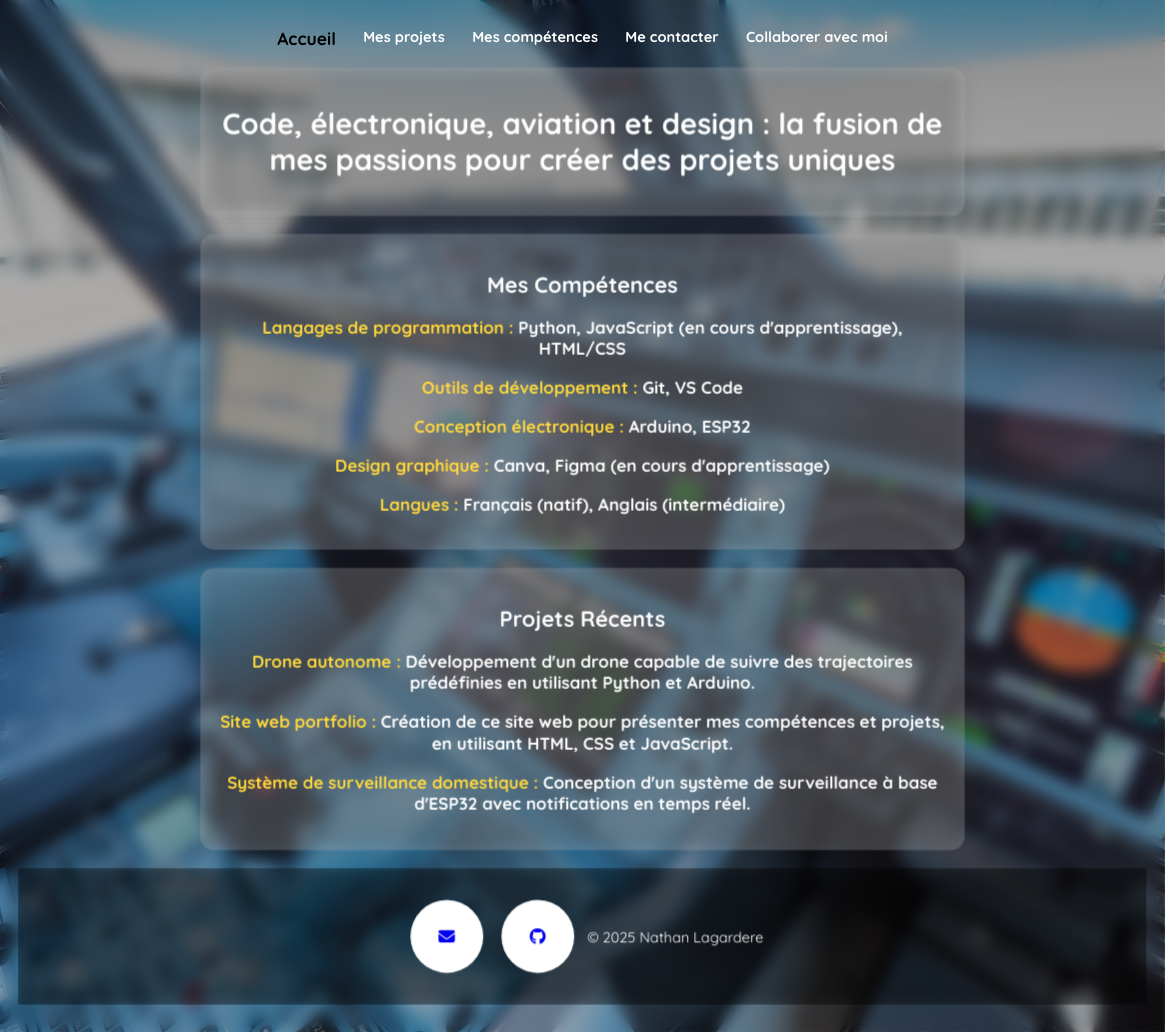
Repository: nlagardere/myportfolio
Page: index - Copie.html
An editor plug-in stored every save of this project. The page is shown before and after a run of saves, followed by the edit.
The browser window is 1280 px wide. The pictures show the whole page, at 91% of full size.

Above is the page before, as saved 2025-09-06 10:32:34.

After the next 5 saves:
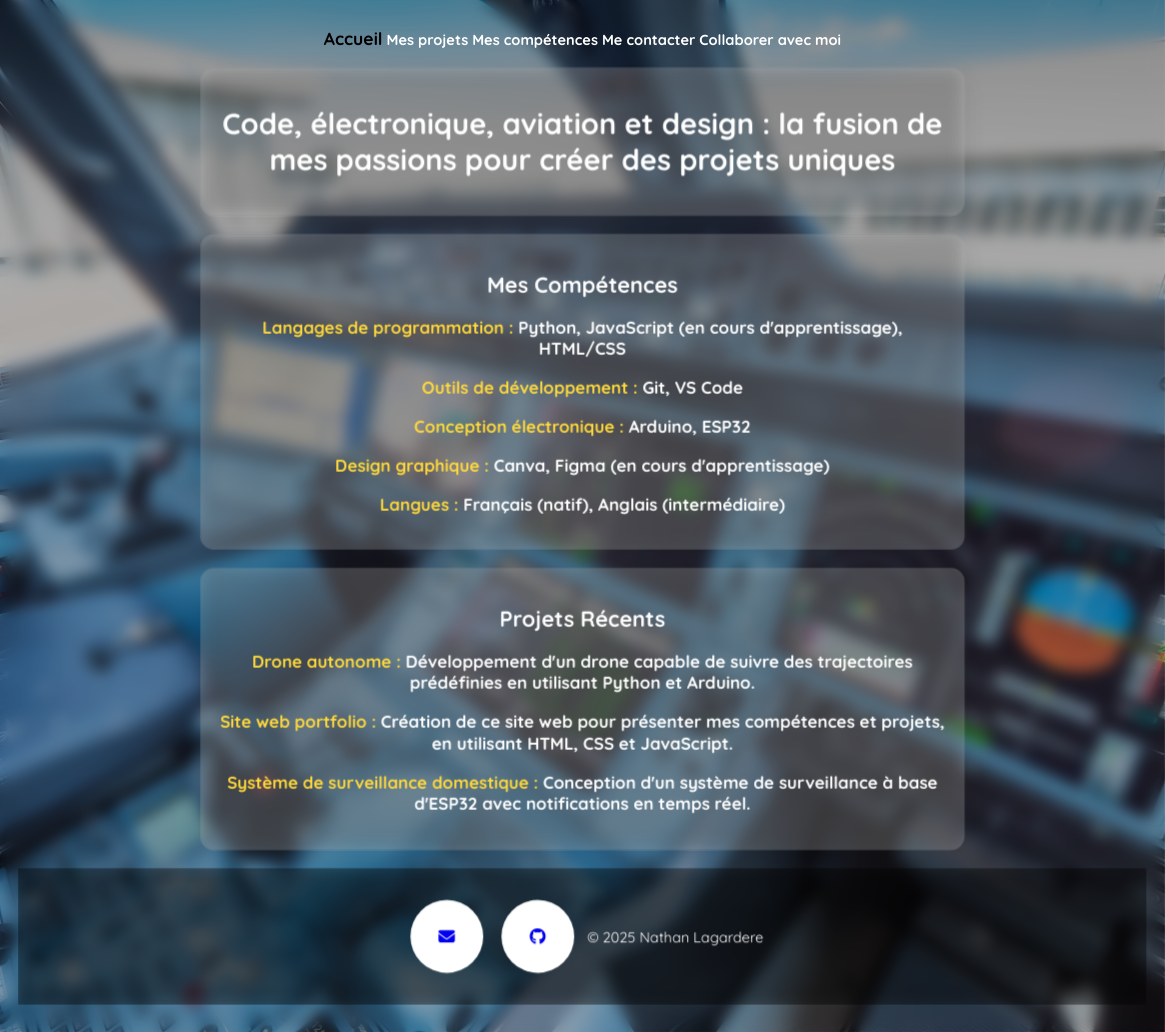
The 5 saves are shown as one change because they came seconds apart.
The last was saved 37 s later.
--- a/index - Copie.html
+++ b/index - Copie.html
@@ -193,7 +193,9 @@
   <header>
     <nav class="navbar">
       <ul>
-        <li class="accueil"><a href="index - Copie.html">Accueil</a></li>
+        <div class="accueil-wrapper">
+          <li class="accueil"><a href="index - Copie.html">Accueil</a></li>
+
         <li><a href="projects.html">Mes projets</a></li>
         <li><a href="competences.html">Mes compétences</a></li>
         <li><a href="contact.html">Me contacter</a></li>

After the save that followed:
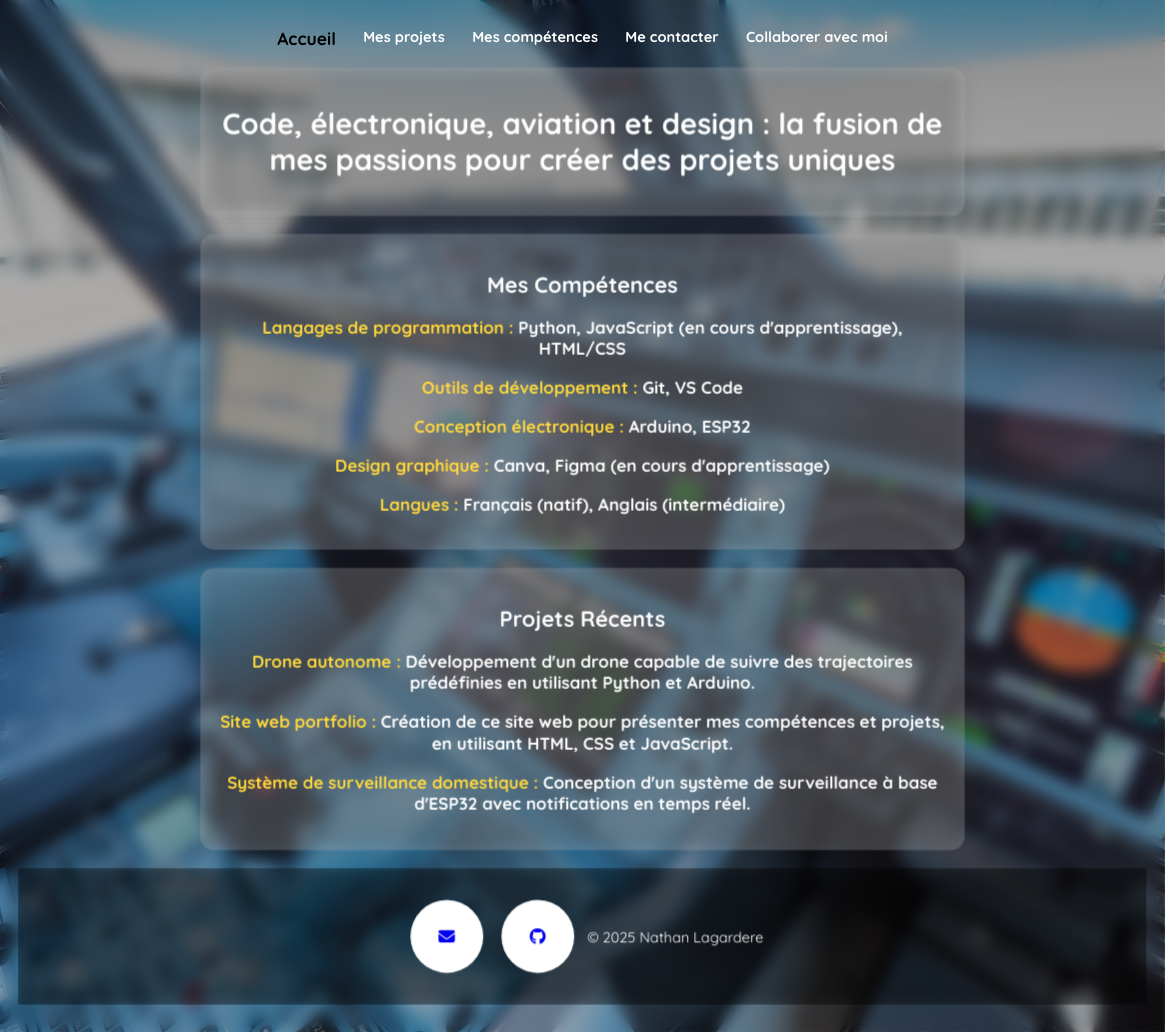
Saved 4 s later.
--- a/index - Copie.html
+++ b/index - Copie.html
@@ -195,7 +195,7 @@
       <ul>
         <div class="accueil-wrapper">
           <li class="accueil"><a href="index - Copie.html">Accueil</a></li>
-
+        </div>
         <li><a href="projects.html">Mes projets</a></li>
         <li><a href="competences.html">Mes compétences</a></li>
         <li><a href="contact.html">Me contacter</a></li>
